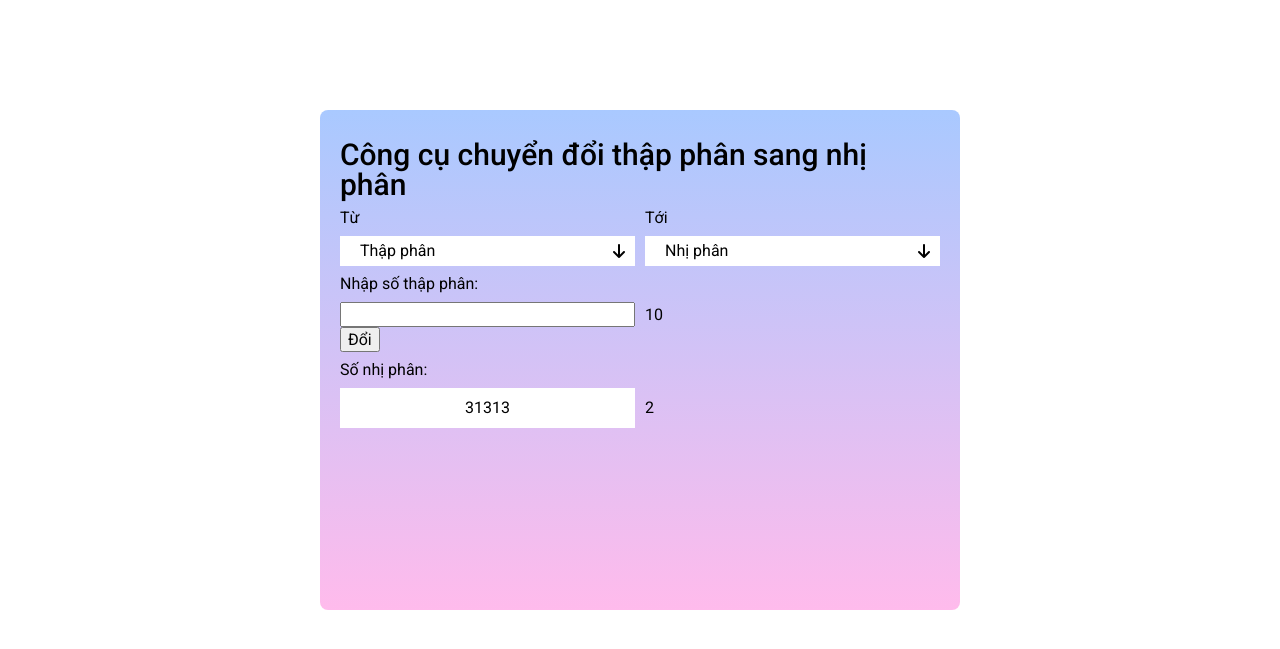
Repository: thuanpham00/covertNumber
Page: index.html
These files come from the project's save history. The page is drawn as it stood at one moment and after a run of saves; the edit follows.
The browser window is 1280 px wide. The pictures show the whole page.
Some web libraries are served in a nearby version. The style sheet was rebuilt from its Sass, Less or Tailwind sources for each picture, by a compiler version that may differ from the author's.

Above is the page before, as saved 2023-11-03 02:19:24.

After the next 3 saves:
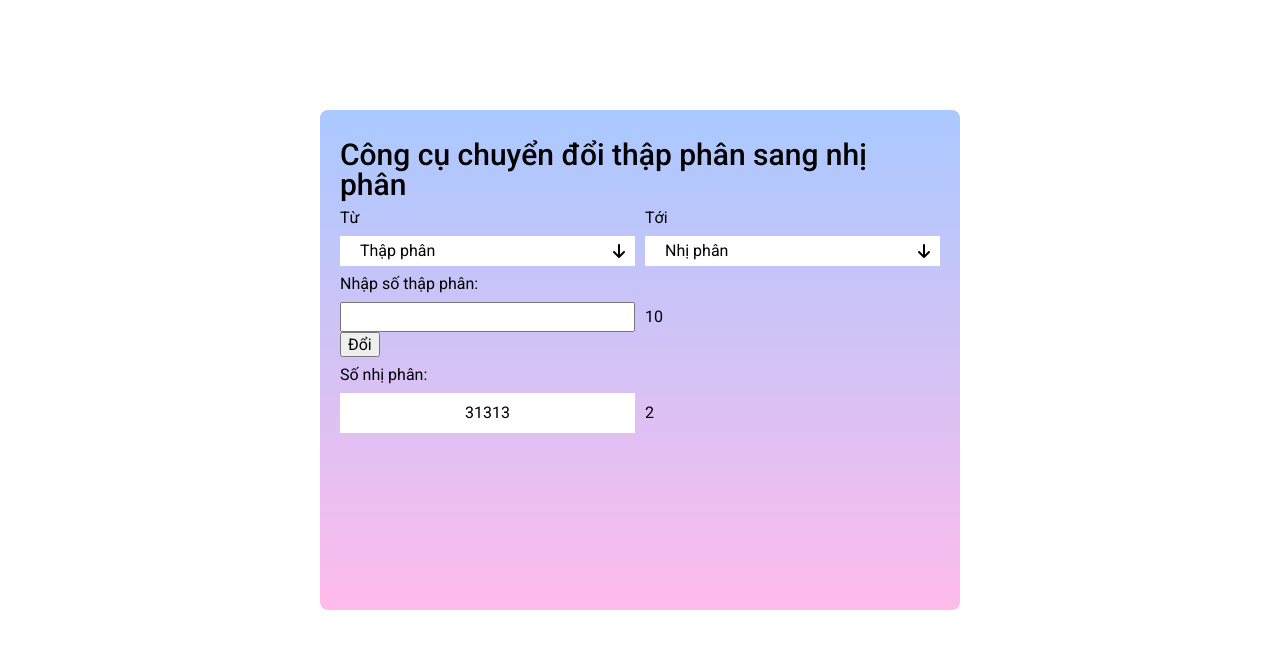
The 3 saves are shown as one change because they came seconds apart.
The last was saved 42 s later.
--- a/scss/main.scss
+++ b/scss/main.scss
@@ -202,4 +202,8 @@ button {
     .desc {
         margin-top: 10px;
     }
-}
+
+    .form__input {
+        height: 30px;
+    }
+}
